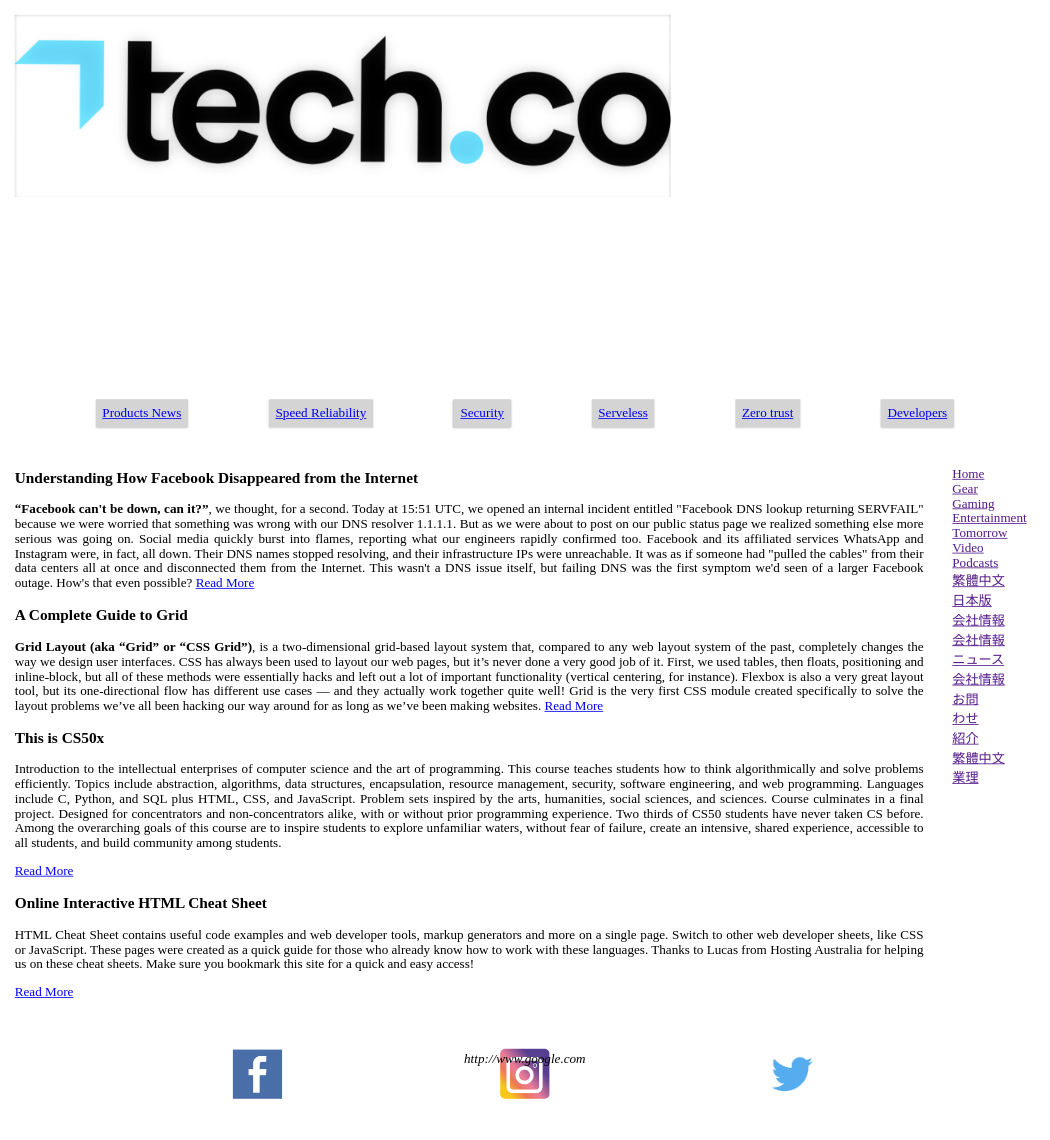
Repository: JoaoLemesDEV/Exercise-MyBlog
Page: index.html
An editor plug-in stored every save of this project. The page is shown before and after the next save, followed by the edit.
The browser window is 1280 px wide. The pictures show the whole page, at 82% of full size.

Above is the page before, as saved 2021-10-06 23:54:39.

After the next save:
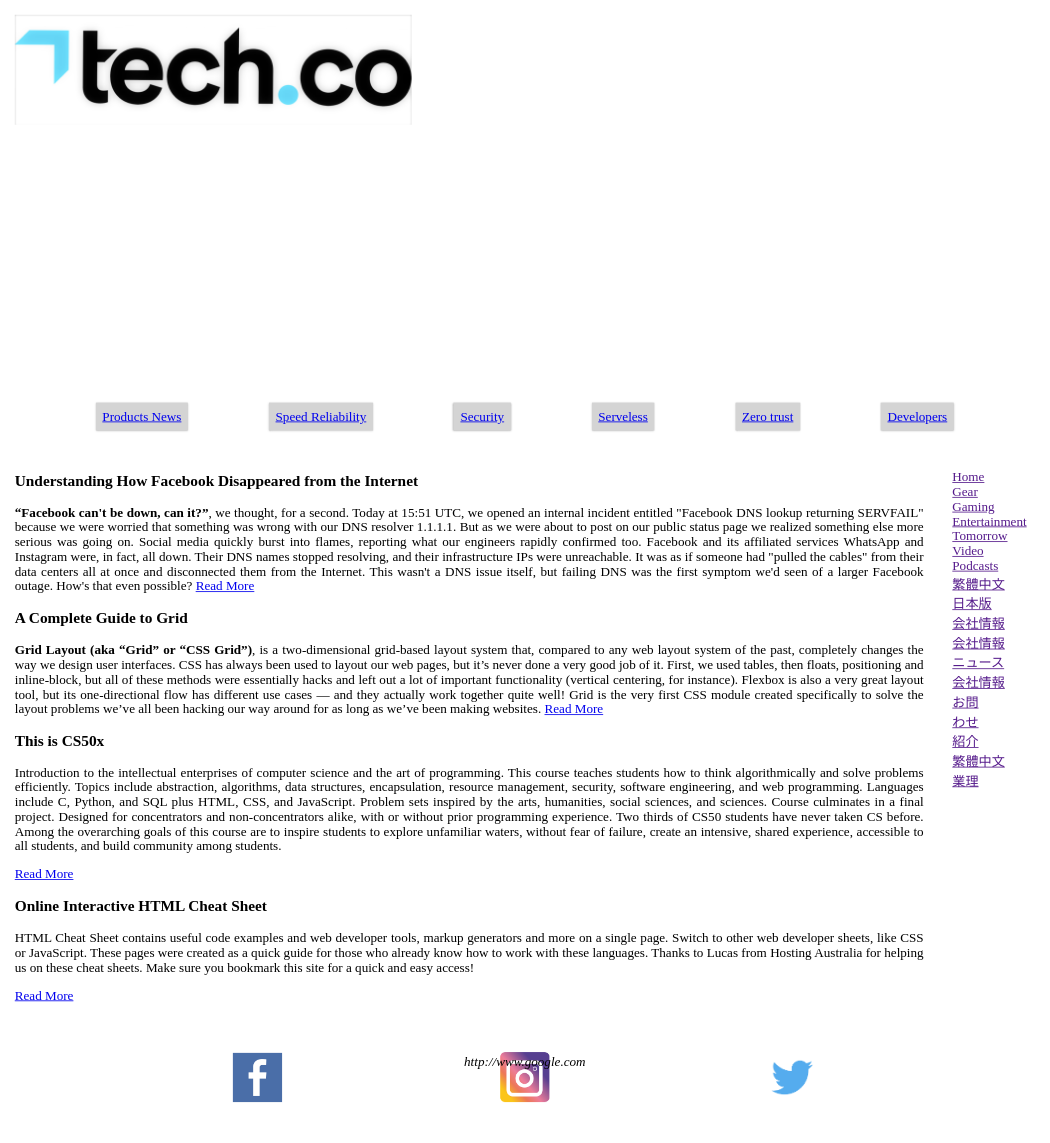
Saved 41 s later.
--- a/index.css
+++ b/index.css
@@ -37,11 +37,6 @@
 
 .grid-item-2 nav li:hover{
   background-color: #ffffff;
-}
-
-.grid-item-1 img {
-height: 50%;
-float: left;
 }
 
 .grid-item-1 h1{

After the 2 saves that followed:
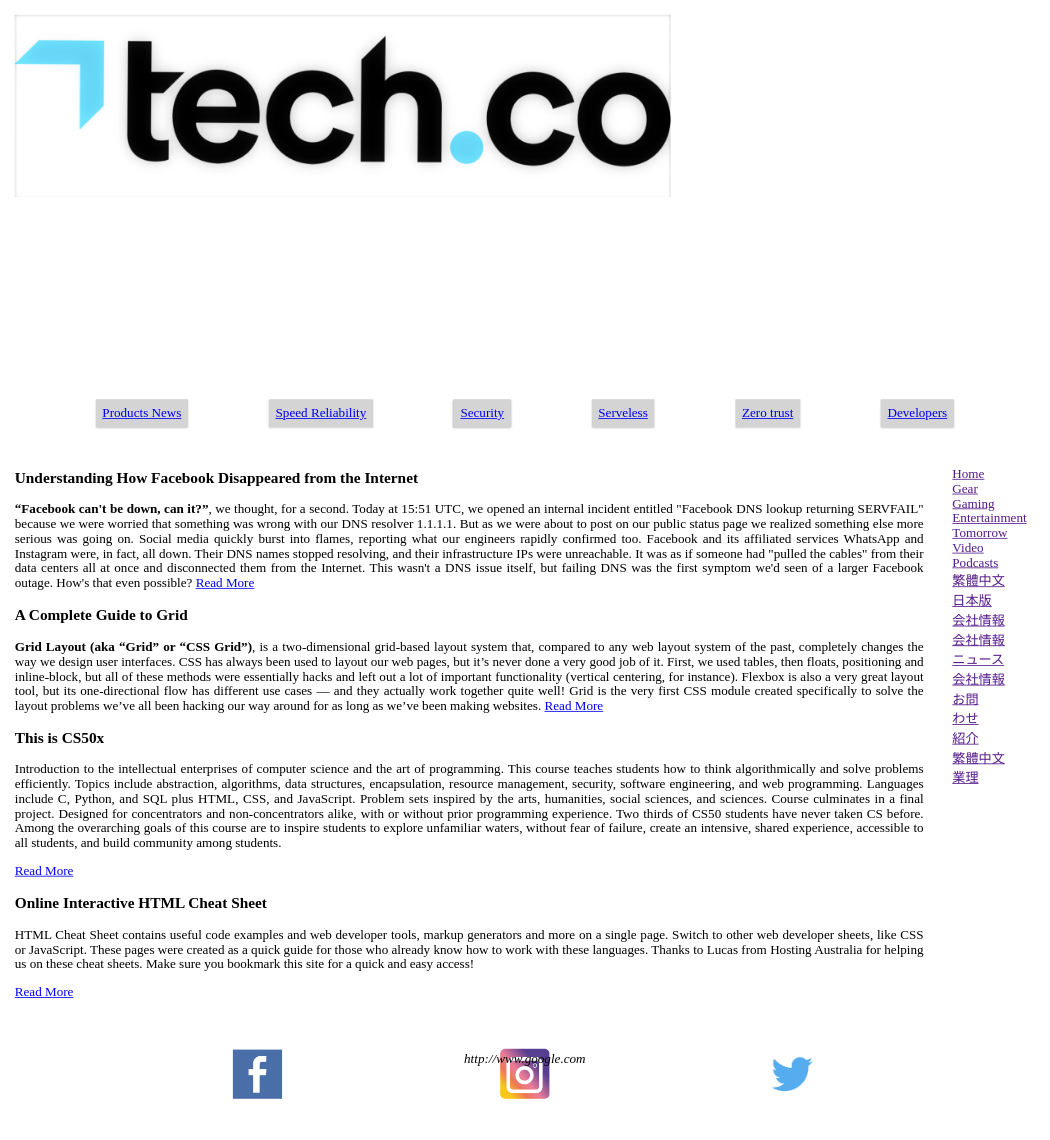
The 2 saves are shown as one change because 1 left the picture as it was.
The last was saved 22 s later.
--- a/index.css
+++ b/index.css
@@ -13,7 +13,8 @@
 }
 
 .grid-item-1 img{
-  height: 30%;
+  height: 0%;
+  float: left;
 }
 
 .grid-item-2 nav ul{
@@ -37,6 +38,11 @@
 
 .grid-item-2 nav li:hover{
   background-color: #ffffff;
+}
+
+.grid-item-1 img {
+height: 50%;
+float: left;
 }
 
 .grid-item-1 h1{
